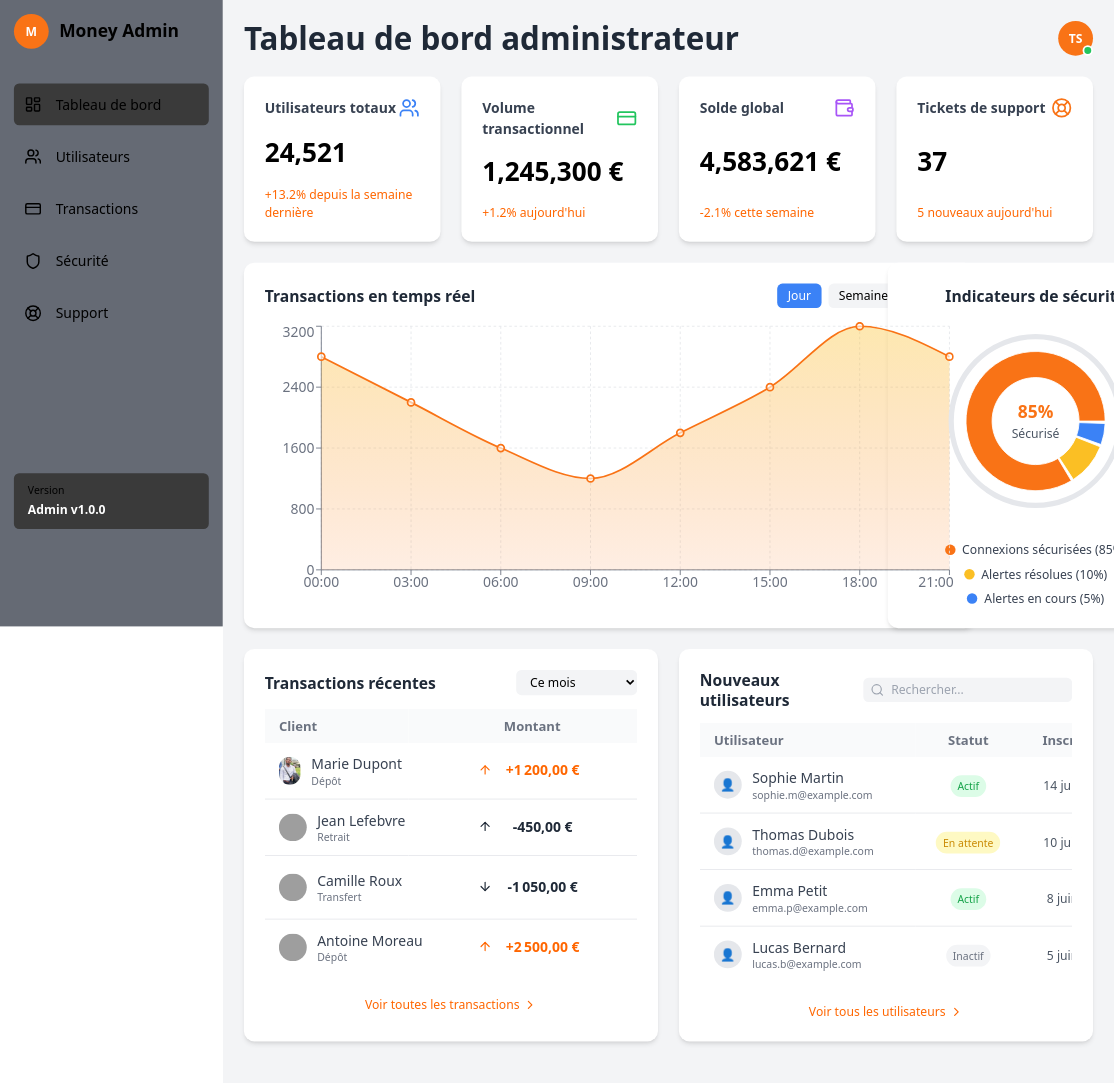
Repository: Edongo999/Dashboard
Page: /
These files come from the project's save history. The page is drawn as it stood at one moment and after the next save; the edit follows.
The browser window is 1280 px wide. The pictures show the whole page, at 87% of full size.
Pictures or frames that could not be fetched are drawn as grey boxes. The project was rebuilt for these pictures with package versions that can differ from the ones it lists, and the page was loaded fresh each time. Also part of the build but not shown: vite.config.ts.

Above is the page before, as saved 2025-10-14 13:42:09.

After the next save:
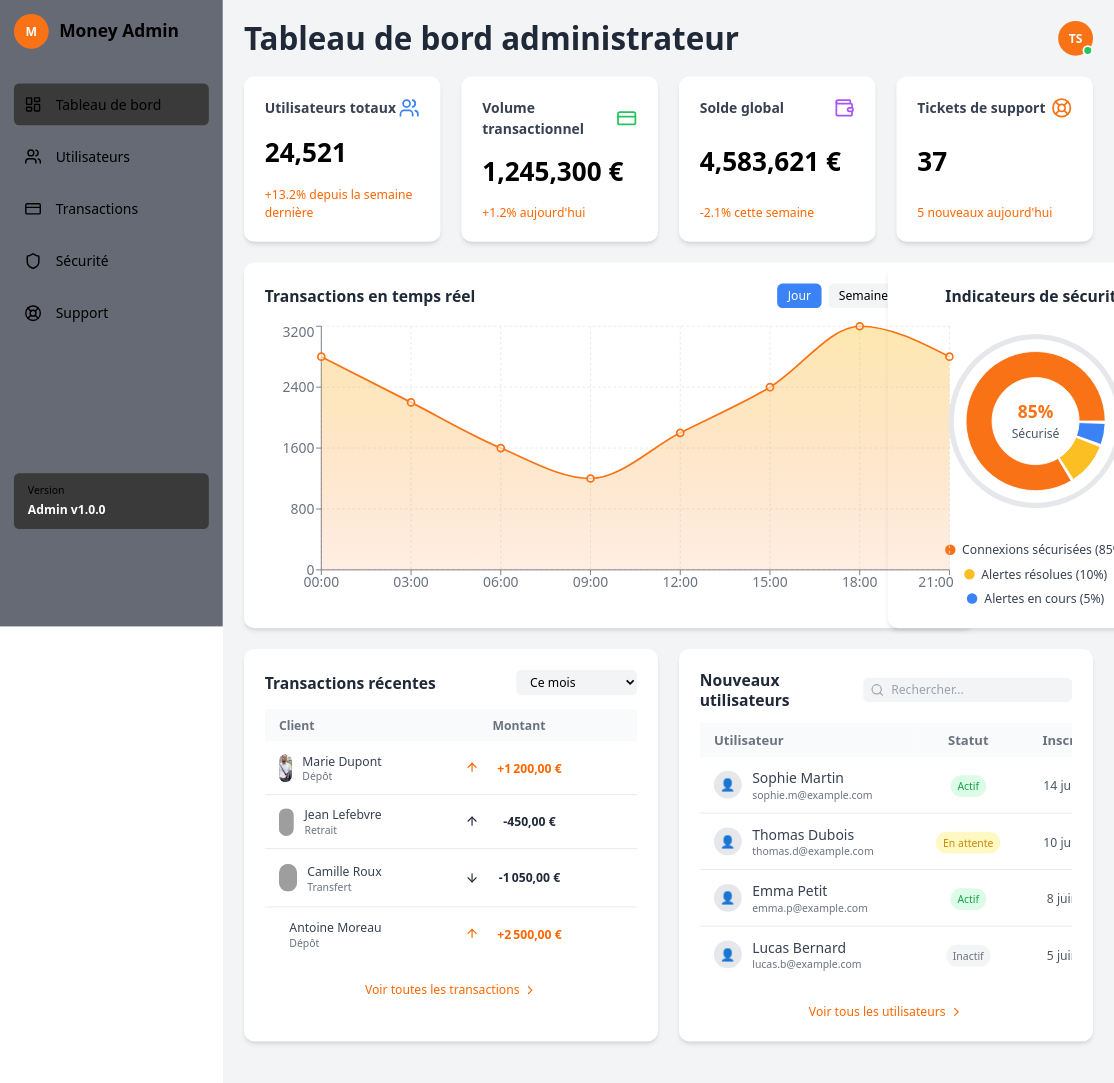
Saved 3 min 0 s later.
--- a/src/components/RecentActivity.tsx
+++ b/src/components/RecentActivity.tsx
@@ -1,13 +1,14 @@
-import { ChevronRight, ArrowUp, ArrowDown } from "lucide-react"
+import { ChevronRight, ArrowUp, ArrowDown, X } from "lucide-react"
+import { useState } from "react"
 
-// ✅ Liste des transactions avec champ avatar à remplir toi-même
+// ✅ Liste des transactions avec images locales
 const transactions = [
   {
     name: "Marie Dupont",
     type: "Dépôt",
     amount: "+1 200,00 €",
     status: "Réussi",
-    avatar: "/src/assets/images/landry.png" // 👉 Tu peux remplacer par ton propre chemin
+    avatar: "/src/assets/images/landry.png"
   },
   {
     name: "Jean Lefebvre",
@@ -33,13 +34,15 @@ const transactions = [
 ]
 
 const RecentActivity = () => {
+  const [zoomedImage, setZoomedImage] = useState<string | null>(null)
+
   return (
     <div className="bg-white rounded-[12px] shadow-md p-6 w-full lg:max-w-[600px]">
 
       {/* ✅ Titre + filtre */}
       <div className="flex justify-between items-center mb-4">
-        <h2 className="text-lg font-bold text-gray-800">Transactions récentes</h2>
-        <select className="text-sm bg-gray-100 px-3 py-1 rounded-md">
+        <h2 className="text-base lg:text-lg font-bold text-gray-800">Transactions récentes</h2>
+        <select className="text-xs lg:text-sm bg-gray-100 px-3 py-1 rounded-md">
           <option>Ce mois</option>
           <option>Cette semaine</option>
           <option>Aujourd'hui</option>
@@ -48,7 +51,7 @@ const RecentActivity = () => {
 
       {/* ✅ Tableau responsive */}
       <div className="overflow-x-auto">
-        <table className="min-w-[500px] w-full text-[15px] text-left">
+        <table className="min-w-[500px] w-full text-[13px] lg:text-[14px] text-left">
           <thead>
             <tr className="bg-[#F9FAFB] text-gray-500 font-normal">
               <th className="py-2 px-4">Client</th>
@@ -64,16 +67,18 @@ const RecentActivity = () => {
               const ArrowIcon = tx.status === "Réussi" ? ArrowUp : ArrowDown
 
               return (
-                <tr key={i} className="text-gray-700 align-middle text-[16px]">
+                <tr key={i} className="text-gray-700 align-middle">
 
-                  {/* ✅ Client avec image locale + nom non cassable */}
+                  {/* ✅ Client avec image cliquable + nom non cassable */}
                   <td className="py-3 px-4">
                     <div className="flex items-center gap-3">
-                      <img
-                        src={tx.avatar}
-                        alt={tx.name}
-                        className="w-8 h-8 rounded-full object-cover"
-                      />
+                      <button onClick={() => setZoomedImage(tx.avatar)}>
+                        <img
+                          src={tx.avatar}
+                          alt={tx.name}
+                          className="w-8 h-8 rounded-full object-cover hover:scale-105 transition-transform"
+                        />
+                      </button>
                       <div className="whitespace-nowrap">
                         <p className="font-medium">{tx.name}</p>
                         <p className="text-xs text-gray-500">{tx.type}</p>
@@ -86,7 +91,7 @@ const RecentActivity = () => {
                     <div className="inline-flex items-center justify-center gap-2 h-6">
                       <ArrowIcon
                         className="w-4 h-4 font-bold shrink-0"
-                        style={{ color: arrowColor, fontWeight: "bold" }}
+                        style={{ color: arrowColor }}
                       />
                       <span className={`font-semibold ${amountColor} min-w-[100px] whitespace-nowrap`}>
                         {tx.amount}
@@ -115,10 +120,29 @@ const RecentActivity = () => {
 
       {/* ✅ Bouton en bas */}
       <div className="mt-6 flex justify-center">
-        <button className="text-sm text-[#FF6600] hover:underline flex items-center gap-1">
+        <button className="text-xs lg:text-sm text-[#FF6600] hover:underline flex items-center gap-1">
           Voir toutes les transactions <ChevronRight className="w-4 h-4" style={{ color: "#FF6600" }} />
         </button>
       </div>
+
+      {/* ✅ Modal zoom image */}
+      {zoomedImage && (
+        <div className="fixed inset-0 bg-black bg-opacity-60 flex items-center justify-center z-50">
+          <div className="relative bg-white rounded-lg p-4 shadow-lg max-w-sm w-full">
+            <button
+              onClick={() => setZoomedImage(null)}
+              className="absolute top-2 right-2 text-gray-500 hover:text-gray-800"
+            >
+              <X className="w-5 h-5" />
+            </button>
+            <img
+              src={zoomedImage}
+              alt="Zoom"
+              className="w-full h-auto rounded-md object-cover"
+            />
+          </div>
+        </div>
+      )}
     </div>
   )
 }
